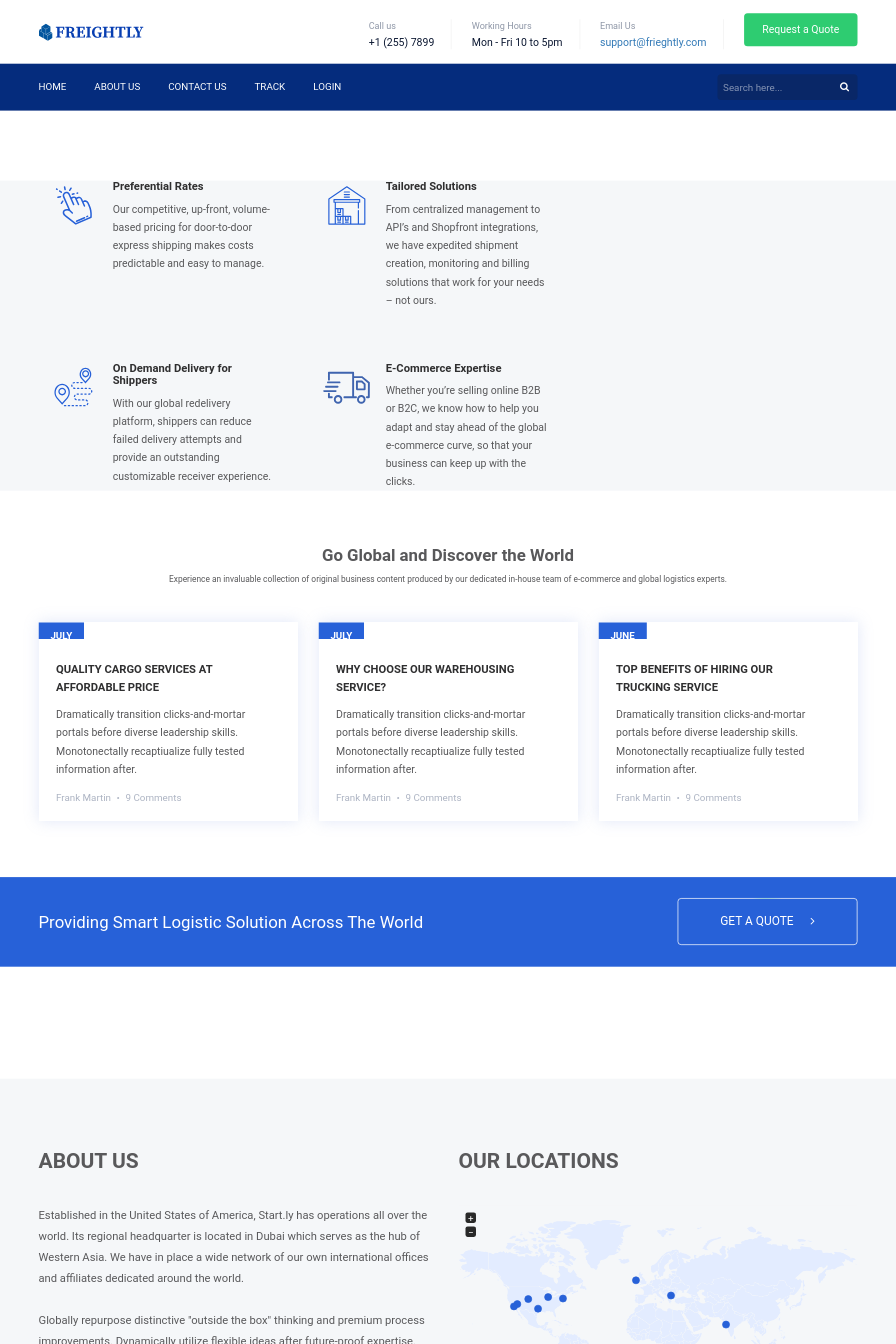
Repository: greatchriz/shipery
Page: http://localhost/
The author's editor kept a copy of each file at every save. The page is drawn from the files as they stood at one save, then again after the next save.
The browser window is 1280 px wide. The pictures show the part of the page from y = 0 to 1920 px (the page is 2743 px tall), at 70% of full size.
The page is served by the project's Laravel application, run on PHP 8.4 with Laravel 10.

Above is the page before, as saved 2024-02-02 16:48:43.
Console error: TypeError: navbar.affix is not a function

After the next save:
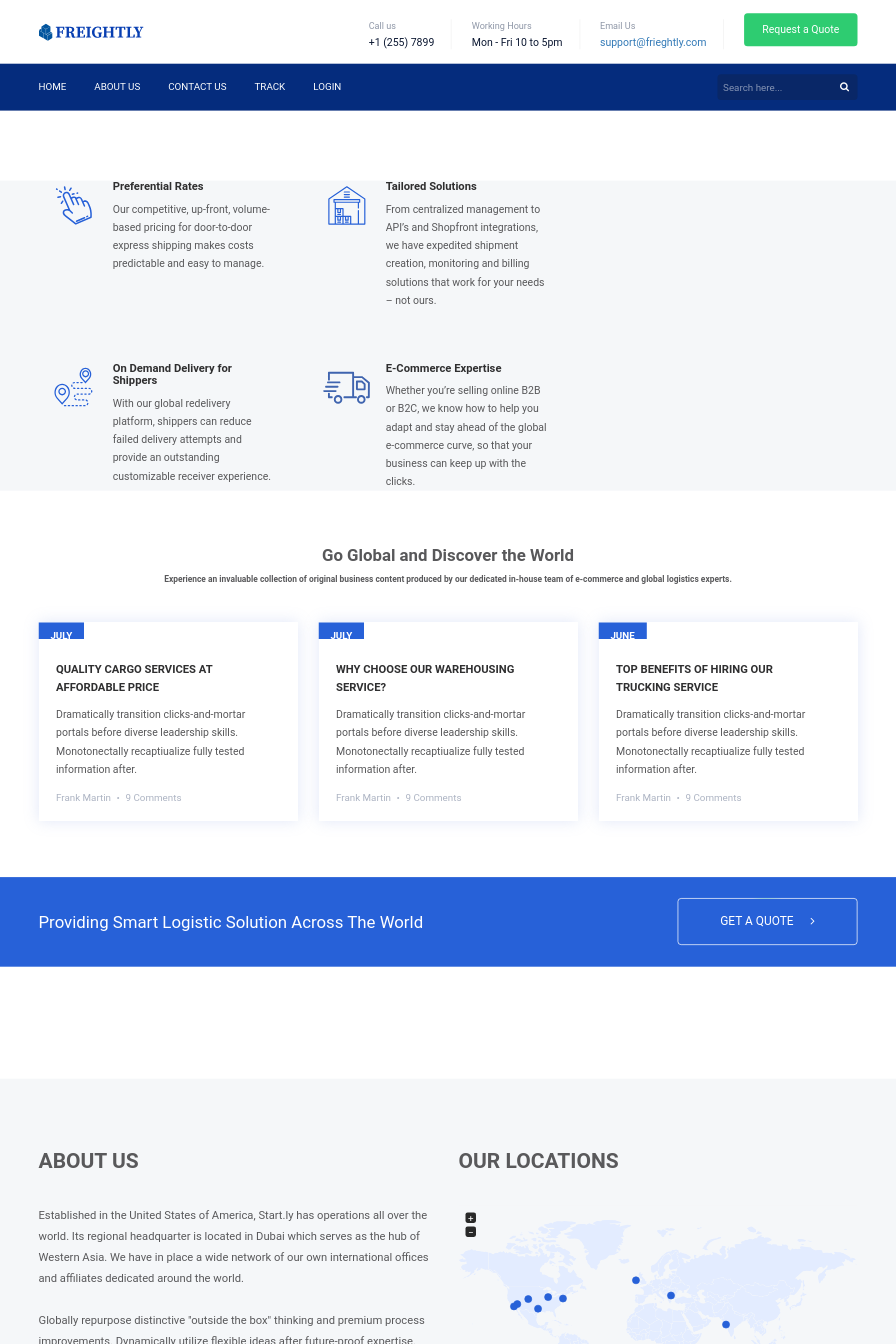
Saved 30 s later.
--- a/resources/views/components/sections/our_blog.blade.php
+++ b/resources/views/components/sections/our_blog.blade.php
@@ -2,7 +2,7 @@
     <div class="container">
       <div class="main_title">
         <h3 style="font-weight: bolder;">Go Global and Discover the World</h3>
-        <p style="margin-top: 10px; font-size: 12px">Experience an invaluable collection of original business content produced by our dedicated in-house team of e-commerce and global logistics experts.</p>
+        <p style="margin-top: 10px; font-size: 12px; font-weight: bold">Experience an invaluable collection of original business content produced by our dedicated in-house team of e-commerce and global logistics experts.</p>
       </div>
       <div class="row our_blog_inner">
         <div class="col-md-4">
